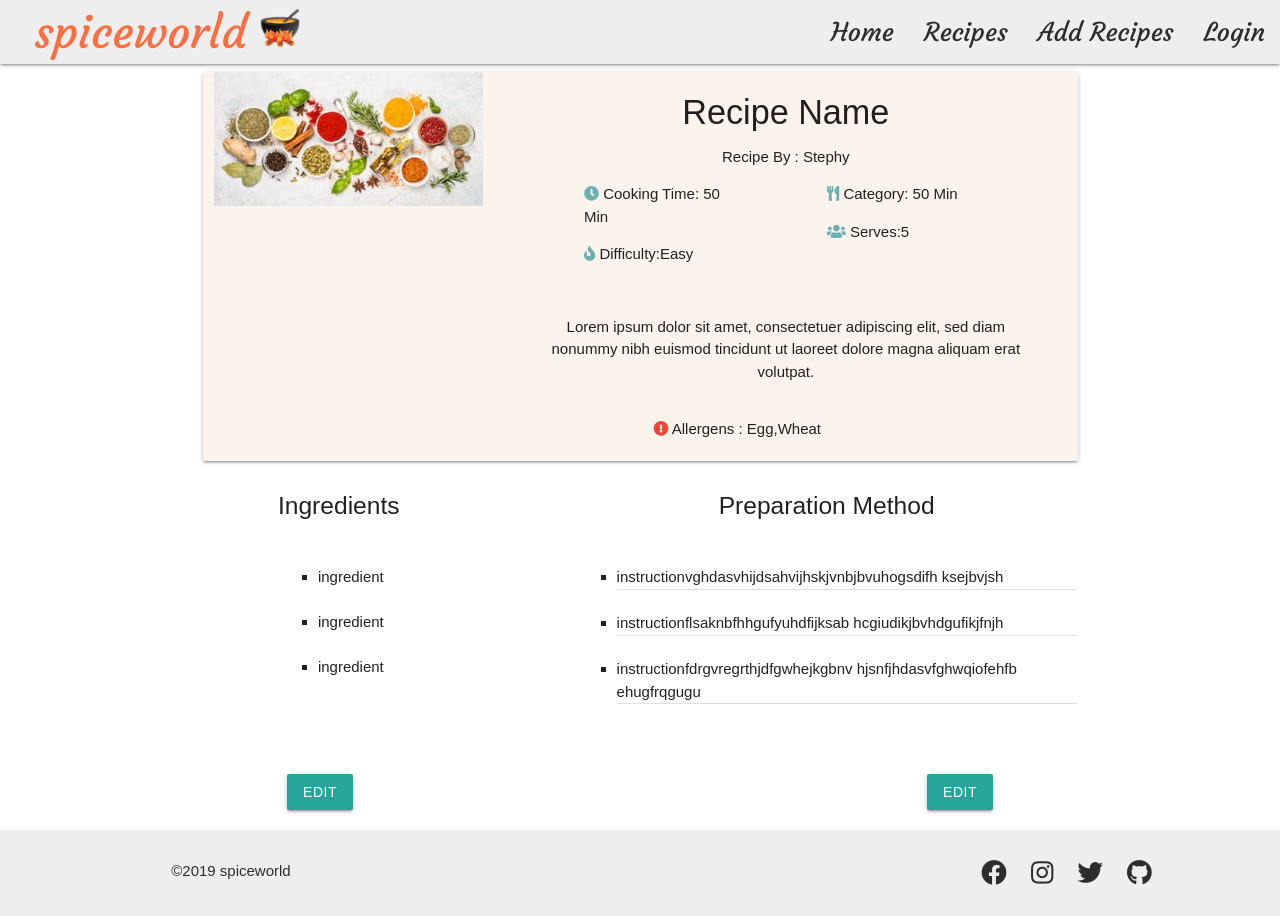
Repository: stephyraju/spiceworld
Page: templates/view.html
The author's editor kept a record of every edit. The page is drawn from the files as they stood at one moment, then again after the next edit.
The browser window is 1280 px wide. The pictures show the whole page.
Some web libraries are served in a nearby version. The page is served by the project's application, run on Flask 3 (app.py). The template is opened directly, without the code that normally fills it, so the values that code supplies are empty.

Above is the page before.

After the next edit:
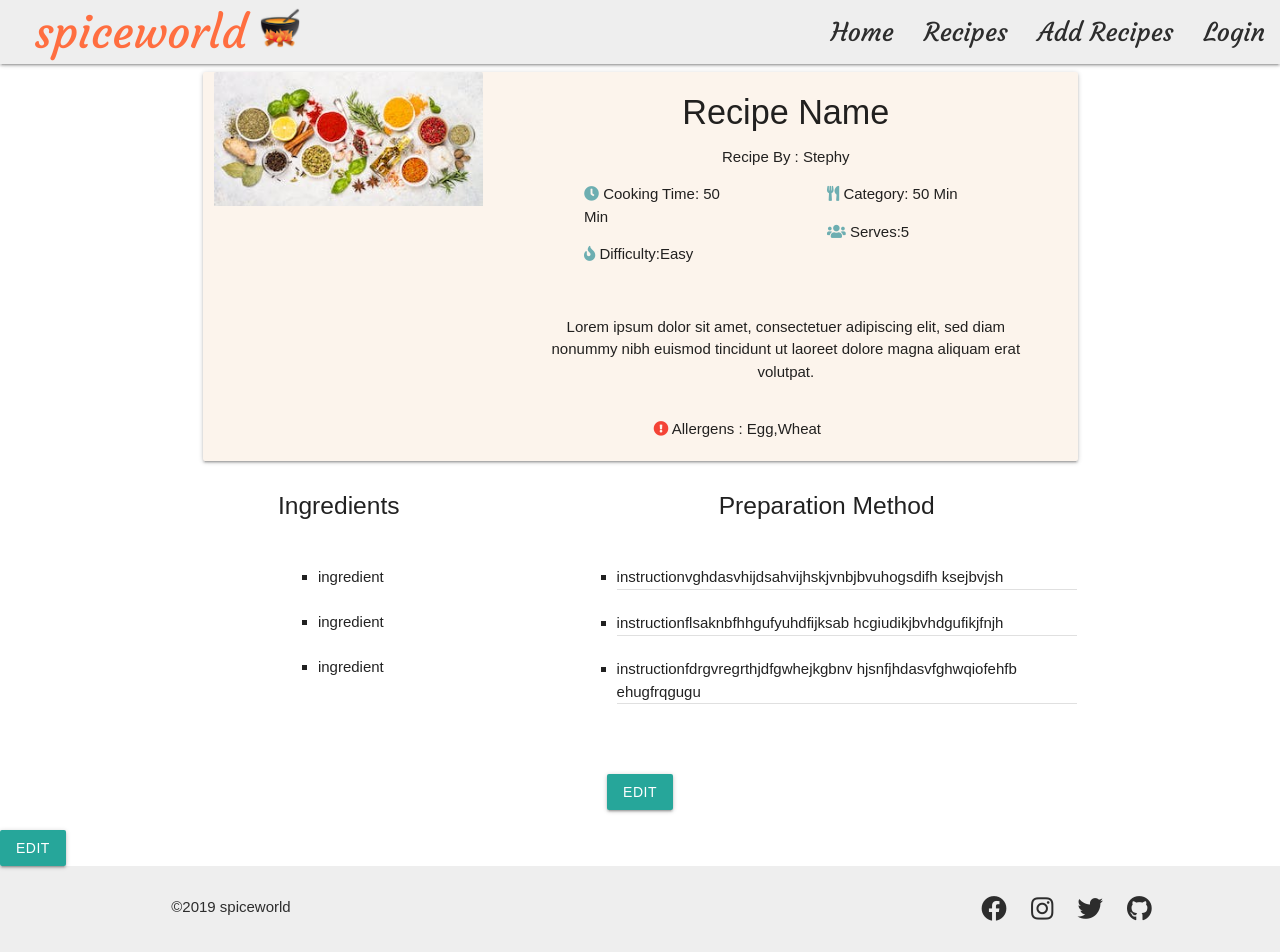
The edit:
--- a/templates/view.html
+++ b/templates/view.html
@@ -111,7 +111,7 @@
 </section>
 <section>
     <div class="row center">
-        <div class="col s6">
+
             <a class="waves-effect waves-light btn">Edit</a>
         </div>
         <div class="col s6">
